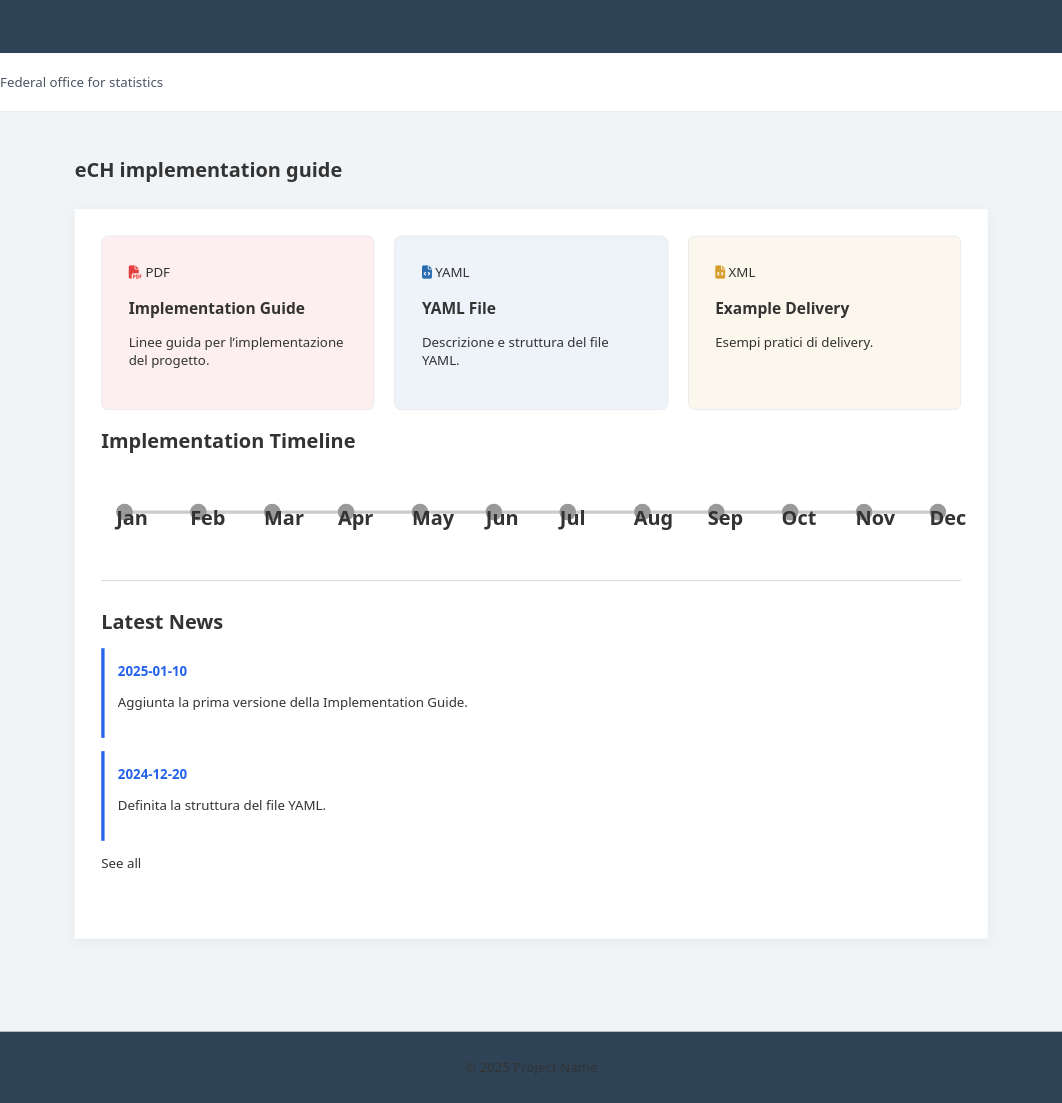
Repository: bfspoku/ech-0252-docs
Page: index.html
The author's editor kept a copy of each file at every save. The page is drawn from the files as they stood at one save, then again after the next save.
The browser window is 1280 px wide. The pictures show the whole page, at 83% of full size.

Above is the page before, as saved 2025-12-16 17:17:47.

After the next save:
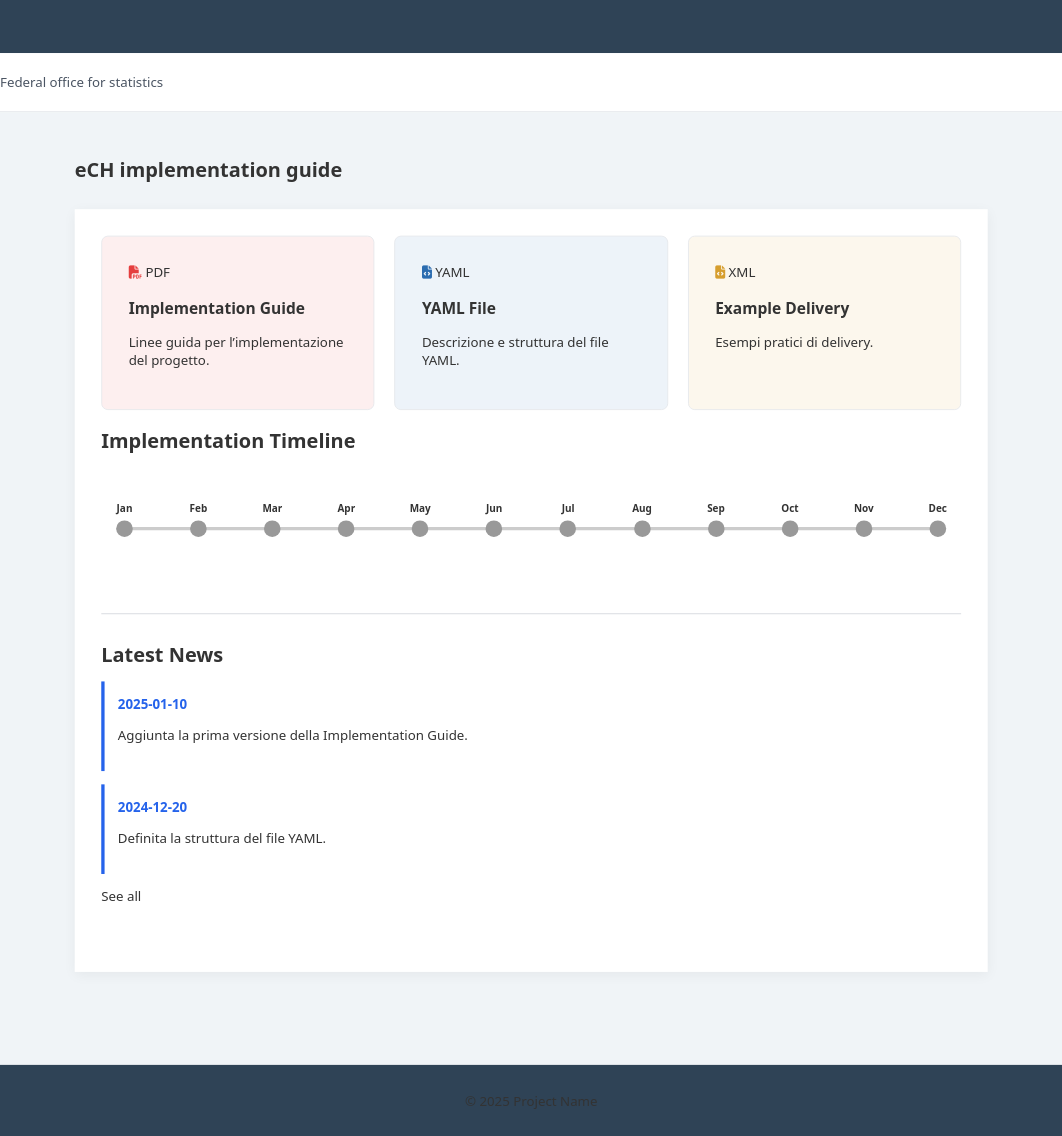
Saved 20 s later.
--- a/css/style.css
+++ b/css/style.css
@@ -116,10 +116,9 @@
     width: 100%;
     max-width: 1000px;
     margin: auto;
-    padding: 40px 0;
+    padding: 60px 0; /* più spazio per le label */
   }
 
-  /* Linea orizzontale */
   .timeline-line {
     position: absolute;
     top: 50%;
@@ -131,7 +130,6 @@
     transform: translateY(-50%);
   }
 
-  /* Punti dei mesi */
   .months {
     display: flex;
     justify-content: space-between;
@@ -149,5 +147,16 @@
   }
 
   .month-point:hover {
-    background-color: #666; /* leggermente più scuro al passaggio del mouse */
+    background-color: #666;
   }
+
+  /* Label sopra il puntino */
+  .month-label {
+    position: absolute;
+    bottom: 100%; /* sopra il puntino */
+    left: 50%;
+    transform: translateX(-50%);
+    font-size: 12px;
+    color: #333;
+    margin-bottom: 6px;
+  }
